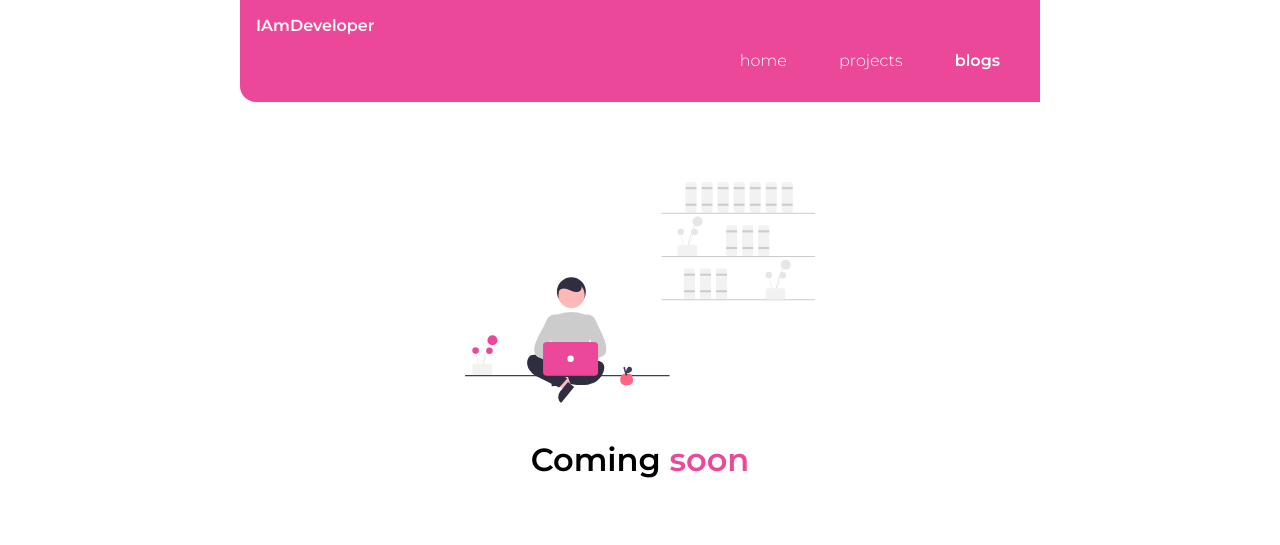
Repository: sohan2503001/Portfolio
Page: blogs.html
These files come from the project's save history. The page is drawn as it stood at one moment and after the next save; the edit follows.
The browser window is 1280 px wide. The pictures show the whole page.

Above is the page before, as saved 2021-04-10 14:04:01.

After the next save:
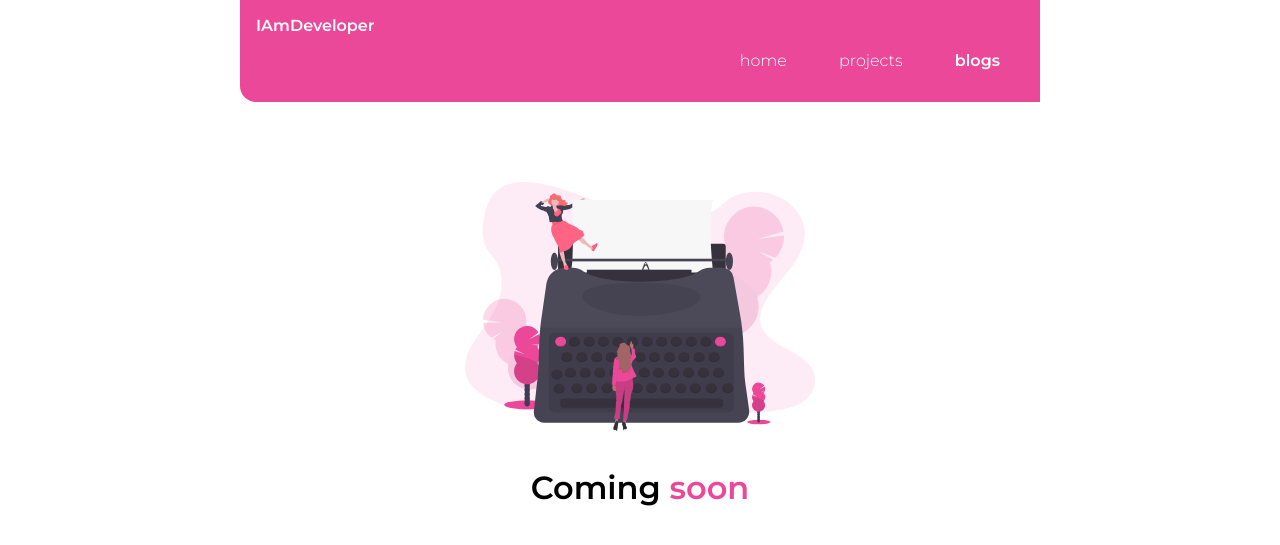
Saved 11 s later.
--- a/blogs.html
+++ b/blogs.html
@@ -24,7 +24,7 @@
 
 
     <header class="hero">
-      <img class="hero-img" src="images/hero.svg" alt="" />
+      <img class="hero-img" src="images/blog.svg" alt="" />
         <h1 class="hero-heading">Coming<span class="heading-inverted"> soon</span></h1>
     </header>
 </body>
